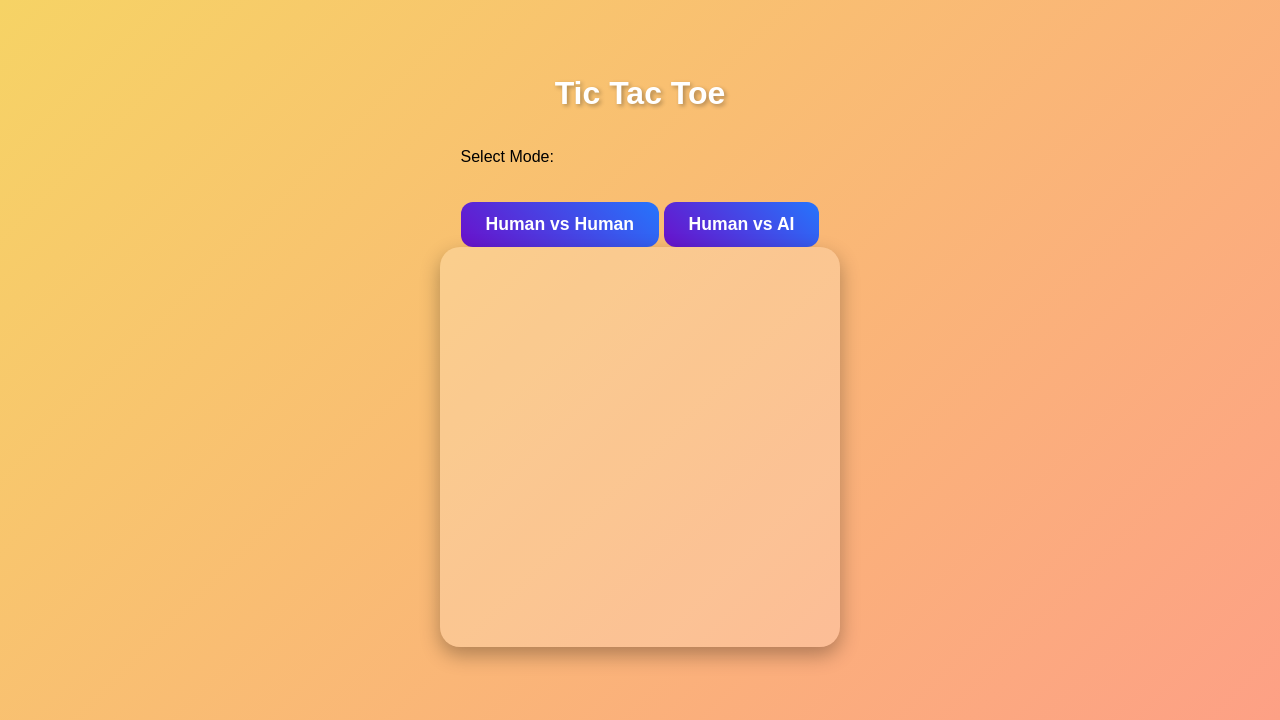
Repository: harshini0304/PRODIGY_WD_03
Page: index.html
An editor plug-in stored every save of this project. The page is shown before and after the next save, followed by the edit.
The browser window is 1280 px wide. The pictures show the whole page.

Above is the page before, as saved 2025-09-09 17:54:15.

### index.html
<!DOCTYPE html>
<html lang="en">
<head>
  <meta charset="UTF-8">
  <meta name="viewport" content="width=device-width, initial-scale=1.0">
  <title>Tic Tac Toe</title>
  <link rel="stylesheet" href="style.css">
</head>
<body>
  <h1>Tic Tac Toe</h1>

  <div id="modeSelection">
    <p>Select Mode:</p>
    <button onclick="startGame('hvh')">Human vs Human</button>
    <button onclick="startGame('hva')">Human vs AI</button>
  </div>

  <div id="board"></div>
  <div id="status"></div>
  <div id="playAgain" style="display:none;">
    <p>Play Again?</p>
    <button onclick="restartGame()">Yes</button>
    <button onclick="switchMode()">No / Switch Mode</button>
  </div>

  <script src="script.js"></script>
</body>
</html>

### style.css
/* Body & general layout */
body {
  font-family: 'Arial', sans-serif;
  background: linear-gradient(135deg, #f6d365, #fda085);
  display: flex;
  flex-direction: column;
  align-items: center;
  justify-content: center;
  height: 100vh;
  margin: 0;
  padding: 0;
}

h1 {
  margin-bottom: 20px;
  color: #fff;
  text-shadow: 2px 2px 4px rgba(0,0,0,0.3);
}

/* Board styling */
#board {
  display: grid;
  grid-template-columns: repeat(3, 120px);
  grid-template-rows: repeat(3, 120px);
  gap: 10px;
  background: #fff3;
  padding: 10px;
  border-radius: 20px;
  box-shadow: 0 8px 20px rgba(0,0,0,0.3);
}

/* Each cell styling */
.cell {
  width: 120px;
  height: 120px;
  background: #ffffffaa;
  border-radius: 15px;
  border: 3px solid #444;
  font-size: 3rem;
  display: flex;
  align-items: center;
  justify-content: center;
  cursor: pointer;
  transition: all 0.3s ease;
}

/* Hover effect */
.cell:hover {
  background: #fffa;
  transform: scale(1.05);
  box-shadow: 0 4px 15px rgba(0,0,0,0.3);
}

/* Taken cells */
.cell.taken {
  cursor: not-allowed;
  color: #333;
}

/* Status text */
#status {
  margin-top: 20px;
  font-size: 1.5rem;
  font-weight: bold;
  color: #fff;
  text-shadow: 1px 1px 2px rgba(0,0,0,0.4);
}

/* Restart button */
button {
  margin-top: 20px;
  padding: 12px 25px;
  font-size: 1.1rem;
  cursor: pointer;
  border: none;
  border-radius: 12px;
  background: linear-gradient(45deg, #6a11cb, #2575fc);
  color: white;
  font-weight: bold;
  transition: all 0.3s ease;
}

button:hover {
  transform: scale(1.05);
  box-shadow: 0 6px 15px rgba(0,0,0,0.3);
}

/* Winning highlight animation */
.cell.winner {
  background: linear-gradient(45deg, #ff9a9e, #fad0c4);
  color: #fff;
  animation: blink 0.8s infinite alternate;
}

@keyframes blink {
  0% { transform: scale(1); }
  50% { transform: scale(1.1); }
  100% { transform: scale(1); }
}

### script.js
const board = Array(9).fill('');
const human = 'X';
const ai = 'O';
let gameOver = false;
let currentPlayer = human;
let mode = ''; // 'hvh' or 'hva'

const boardContainer = document.getElementById('board');
const statusText = document.getElementById('status');
const modeDiv = document.getElementById('modeSelection');
const playAgainDiv = document.getElementById('playAgain');

// Winning combinations
const winCombos = [
  [0,1,2],[3,4,5],[6,7,8],
  [0,3,6],[1,4,7],[2,5,8],
  [0,4,8],[2,4,6]
];

function startGame(selectedMode) {
  mode = selectedMode;
  currentPlayer = human;
  gameOver = false;
  statusText.textContent = '';
  playAgainDiv.style.display = 'none';
  modeDiv.style.display = 'block'; // keep visible for switching modes
  boardContainer.style.display = 'grid';
  restartBoard();
}

// Create board UI
function createBoard() {
  boardContainer.innerHTML = '';
  board.forEach((val, i) => {
    const cell = document.createElement('div');
    cell.classList.add('cell');
    if (val) {
      cell.textContent = val;
      cell.classList.add('taken');
    }
    cell.addEventListener('click', () => playerMove(i));
    boardContainer.appendChild(cell);
  });
}

function restartBoard() {
  for (let i = 0; i < 9; i++) board[i] = '';
  createBoard();
}

// Check winner
function checkWinner(b, player) {
  return winCombos.some(combo => combo.every(i => b[i] === player));
}

function emptyCells(b) {
  return b.map((v, i) => v === '' ? i : null).filter(v => v !== null);
}

// Minimax AI for Human vs AI mode
function minimax(b, depth, isMax, alpha, beta) {
  if (checkWinner(b, ai)) return 10 - depth;
  if (checkWinner(b, human)) return depth - 10;
  if (emptyCells(b).length === 0) return 0;

  if (isMax) {
    let best = -Infinity;
    for (let i of emptyCells(b)) {
      b[i] = ai;
      let val = minimax(b, depth + 1, false, alpha, beta);
      b[i] = '';
      best = Math.max(best, val);
      alpha = Math.max(alpha, best);
      if (beta <= alpha) break;
    }
    return best;
  } else {
    let best = Infinity;
    for (let i of emptyCells(b)) {
      b[i] = human;
      let val = minimax(b, depth + 1, true, alpha, beta);
      b[i] = '';
      best = Math.min(best, val);
      beta = Math.min(beta, best);
      if (beta <= alpha) break;
    }
    return best;
  }
}

function bestMove() {
  let bestVal = -Infinity;
  let move;
  for (let i of emptyCells(board)) {
    board[i] = ai;
    let val = minimax(board, 0, false, -Infinity, Infinity);
    board[i] = '';
    if (val > bestVal) {
      bestVal = val;
      move = i;
    }
  }
  return move;
}

function playerMove(index) {
  if (board[index] !== '' || gameOver) return;

  if (mode === 'hvh') {
    board[index] = currentPlayer;
    if (checkWinner(board, currentPlayer)) {
      statusText.textContent = `${currentPlayer} Wins 🎉`;
      endGame();
    } else if (emptyCells(board).length === 0) {
      statusText.textContent = "It's a Tie 😐";
      endGame();
    } else {
      currentPlayer = currentPlayer === human ? ai : human;
    }
  } else if (mode === 'hva') {
    board[index] = human;
    if (checkWinner(board, human)) {
      statusText.textContent = "You Win 🎉";
      endGame();
    } else if (emptyCells(board).length === 0) {
      statusText.textContent = "It's a Tie 😐";
      endGame();
    } else {
      let aiIndex = bestMove();
      board[aiIndex] = ai;
      if (checkWinner(board, ai)) {
        statusText.textContent = "AI Wins 🤖";
        endGame();
      } else if (emptyCells(board).length === 0) {
        statusText.textContent = "It's a Tie 😐";
        endGame();
      }
    }
  }

  createBoard();
}

function endGame() {
  gameOver = true;
  playAgainDiv.style.display = 'block';
}

// Restart current mode
function restartGame() {
  gameOver = false;
  currentPlayer = human;
  statusText.textContent = '';
  playAgainDiv.style.display = 'none';
  restartBoard();
}

// Switch mode
function switchMode() {
  gameOver = false;
  currentPlayer = human;
  statusText.textContent = '';
  playAgainDiv.style.display = 'none';
  boardContainer.style.display = 'none';
  restartBoard();
}

After the next save:
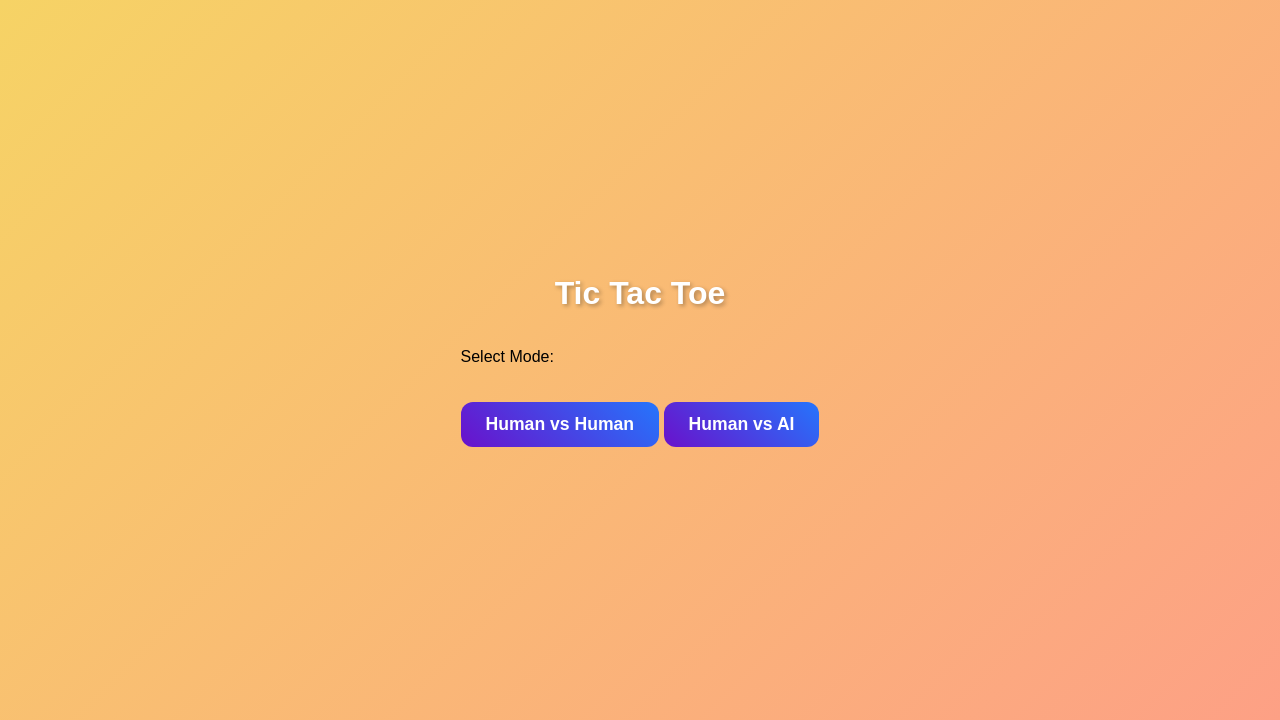
Saved 4 h 55 min later.
--- a/index.html
+++ b/index.html
@@ -1,24 +1,29 @@
 <!DOCTYPE html>
 <html lang="en">
 <head>
-  <meta charset="UTF-8">
-  <meta name="viewport" content="width=device-width, initial-scale=1.0">
+  <meta charset="UTF-8" />
+  <meta name="viewport" content="width=device-width, initial-scale=1.0"/>
   <title>Tic Tac Toe</title>
-  <link rel="stylesheet" href="style.css">
+  <link rel="stylesheet" href="style.css" />
 </head>
 <body>
   <h1>Tic Tac Toe</h1>
 
-  <div id="modeSelection">
+  <!-- Mode Selection -->
+  <div id="mode">
     <p>Select Mode:</p>
-    <button onclick="startGame('hvh')">Human vs Human</button>
-    <button onclick="startGame('hva')">Human vs AI</button>
+    <button onclick="startGame('human')">Human vs Human</button>
+    <button onclick="startGame('ai')">Human vs AI</button>
   </div>
 
-  <div id="board"></div>
+  <!-- Game Board -->
+  <div id="board" style="display:none;"></div>
+
+  <!-- Game Status -->
   <div id="status"></div>
+
+  <!-- Play Again Options -->
   <div id="playAgain" style="display:none;">
-    <p>Play Again?</p>
     <button onclick="restartGame()">Yes</button>
     <button onclick="switchMode()">No / Switch Mode</button>
   </div>
